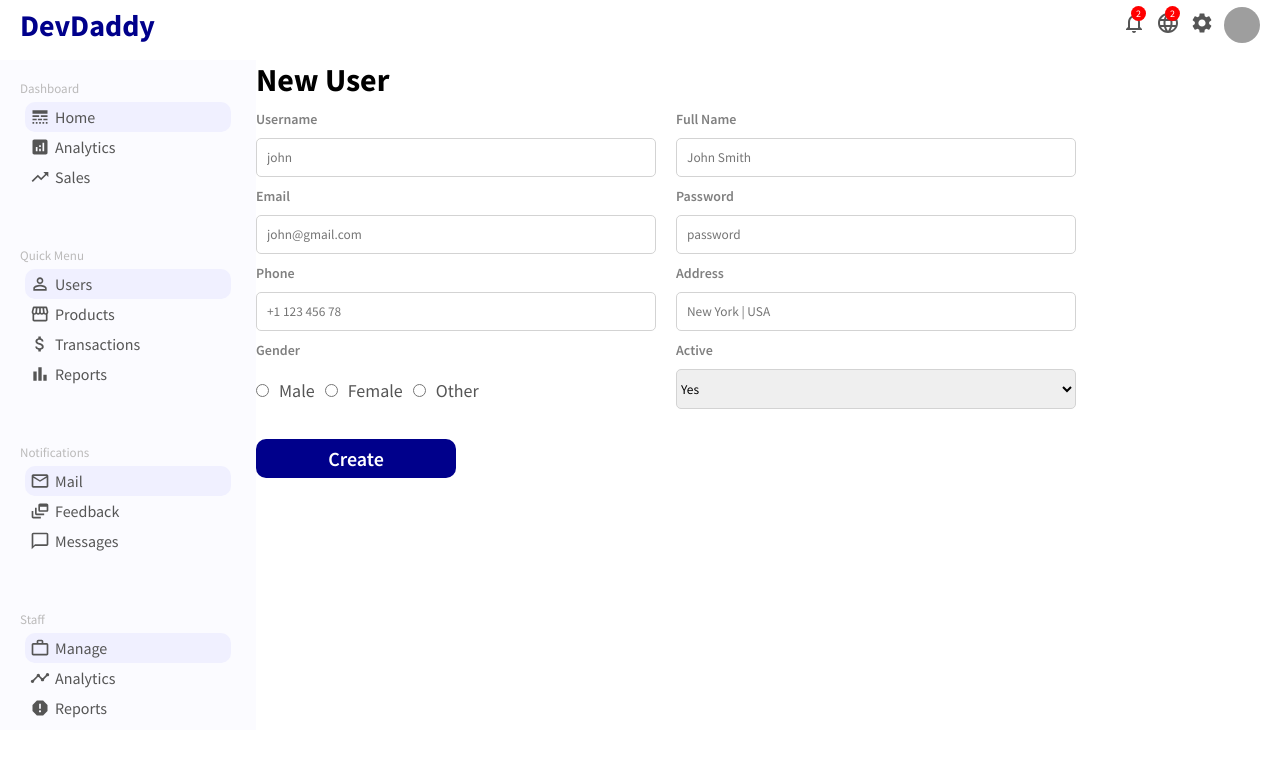
Repository: Marhamat92/react-admin-dashboard
Page: /newUser
These files come from the project's save history. The page is drawn as it stood at one moment and after the next save; the edit follows.
The browser window is 1280 px wide. The pictures show the whole page.
Pictures or frames that could not be fetched are drawn as grey boxes. The project was rebuilt for these pictures with package versions that can differ from the ones it lists, and the page was loaded fresh each time. Also part of the build but not shown: src/pages/home/home.scss, src/components/featuredInfo/featuredInfo.scss, src/components/featuredInfo/FeaturedInfo.js, src/components/chart/chart.scss, src/components/chart/Chart.js, src/data/userData.js, src/components/widgetSm/widgetSm.scss, src/components/widgetSm/WidgetSm.js and 8 more.

Above is the page before, as saved 2023-02-13 14:48:27.

### public/index.html
<!DOCTYPE html>
<html lang="en">

<head>
  <meta charset="utf-8" />
  <link rel="icon" href="%PUBLIC_URL%/favicon.ico" />
  <meta name="viewport" content="width=device-width, initial-scale=1" />
  <meta name="theme-color" content="#000000" />
  <meta name="description" content="Web site created using create-react-app" />
  <link rel="apple-touch-icon" href="%PUBLIC_URL%/logo192.png" />
  <link rel="preconnect" href="https://fonts.googleapis.com">
  <link rel="preconnect" href="https://fonts.gstatic.com" crossorigin>
  <link href="https://fonts.googleapis.com/css2?family=Source+Sans+Pro:wght@200;300;400;600;700;900&display=swap"
    rel="stylesheet">
  <!--
      manifest.json provides metadata used when your web app is installed on a
      user's mobile device or desktop. See https://developers.google.com/web/fundamentals/web-app-manifest/
    -->
  <link rel="manifest" href="%PUBLIC_URL%/manifest.json" />
  <!--
      Notice the use of %PUBLIC_URL% in the tags above.
      It will be replaced with the URL of the `public` folder during the build.
      Only files inside the `public` folder can be referenced from the HTML.

      Unlike "/favicon.ico" or "favicon.ico", "%PUBLIC_URL%/favicon.ico" will
      work correctly both with client-side routing and a non-root public URL.
      Learn how to configure a non-root public URL by running `npm run build`.
    -->
  <style>
    * {
      font-family: 'Source Sans Pro', sans-serif;
      margin: 0;

    }
  </style>
  <title>DevDaddy Admin Dashboard</title>
</head>

<body>
  <noscript>You need to enable JavaScript to run this app.</noscript>
  <div id="root"></div>
  <!--
      This HTML file is a template.
      If you open it directly in the browser, you will see an empty page.

      You can add webfonts, meta tags, or analytics to this file.
      The build step will place the bundled scripts into the <body> tag.

      To begin the development, run `npm start` or `yarn start`.
      To create a production bundle, use `npm run build` or `yarn build`.
    -->
</body>

</html>

### src/index.js
import React from 'react';
import ReactDOM from 'react-dom/client';
import App from './App';
import { BrowserRouter } from "react-router-dom";


const root = ReactDOM.createRoot(document.getElementById('root'));
root.render(
  <BrowserRouter>
    <App />
  </BrowserRouter>

);

### src/App.js
import Topbar from "./components/Topbar/Topbar";
import Sidebar from "./components/sidebar/Sidebar";
import "./app.scss";
import Home from "./pages/home/Home";
import UserList from "./pages/userList/UserList";
import User from "./pages/user/User";
import NewUser from "./pages/newUser/NewUser";
import {
  Routes,
  Route,
  Link,
} from "react-router-dom";



function App() {
  return (
    <>
      <Topbar />
      <div className="container">
        <Sidebar />
        <Routes>
          <Route path="/" element={<Home />} />
          <Route path="/users" element={<UserList />} />
          <Route path="/newUser" element={<NewUser />} />
          <Route path="/user/:userId" element={<User />} />
        </Routes>
      </div>
    </>

  );
}

export default App;

### src/components/Topbar/Topbar.jsx
import React from 'react'
import "./topbar.scss"
import { Language, NotificationsNone, Settings } from '@mui/icons-material'

function Topbar() {
  return (
    <div className="topbar" >
       <div className='topbarWrapper' >
          <div className='topLeft' >
            <span className='logo'>DevDaddy</span>
          </div>
          <div className='topRight' >
             <div className='topbarIconContainer' >
               <NotificationsNone/>
                <span className='topIconBadge'>2</span>
             </div>
             <div className='topbarIconContainer' >
               <Language/>
                <span className='topIconBadge'>2</span>
             </div>
             <div className='topbarIconContainer' >
               <Settings/>
             </div>
             <img className='topAvatar' src='https://i.pinimg.com/originals/99/ee/d8/99eed8642bbb66a71d0f1677d18a2587.jpg' alt="jack sheperd" />
          </div>
       </div>
    </div>
  )
}

export default Topbar

### src/components/sidebar/Sidebar.js
import React from 'react'
import './sidebar.scss'
import { Analytics, AttachMoney, ChatBubbleOutline, DynamicFeed, LineStyle, MailOutline, PermIdentity, Report, Storefront, Timeline, TrendingUp, WorkOutline, BarChart } from '@mui/icons-material'



function Sidebar() {
  return (
    <div className='sidebar'>
      <div className='sidebarWrapper'>
        <div className='sidebarMenu' >
          <div className='sidebarTitle'>
            Dashboard
          </div>
          <ul className='sidebarList'>
            <li className='sidebarListItem active'>
              <LineStyle className='sidebarIcon' />
              Home
            </li>
            <li className='sidebarListItem'>
              <Analytics className='sidebarIcon' />
              Analytics
            </li>
            <li className='sidebarListItem'>
              <TrendingUp className='sidebarIcon' />
              Sales
            </li>
          </ul>
        </div>
      </div>

      <div className='sidebarWrapper'>
        <div className='sidebarMenu' >
          <div className='sidebarTitle'>
            Quick Menu
          </div>
          <ul className='sidebarList'>
            <li className='sidebarListItem active'>
              <PermIdentity className='sidebarIcon' />
              Users
            </li>
            <li className='sidebarListItem'>
              <Storefront className='sidebarIcon' />
              Products
            </li>
            <li className='sidebarListItem'>
              <AttachMoney className='sidebarIcon' />
              Transactions
            </li>
            <li className='sidebarListItem'>
              <BarChart className='sidebarIcon' />
              Reports
            </li>
          </ul>
        </div>
      </div>

      <div className='sidebarWrapper'>
        <div className='sidebarMenu' >
          <div className='sidebarTitle'>
            Notifications
          </div>
          <ul className='sidebarList'>
            <li className='sidebarListItem active'>
              <MailOutline className="sidebarIcon" />
              Mail
            </li>
            <li className='sidebarListItem'>
              <DynamicFeed className="sidebarIcon" />
              Feedback
            </li>
            <li className='sidebarListItem'>
              <ChatBubbleOutline className="sidebarIcon" />
              Messages
            </li>
          </ul>
        </div>
      </div>

      <div className='sidebarWrapper'>
        <div className='sidebarMenu' >
          <div className='sidebarTitle'>
            Staff
          </div>
          <ul className='sidebarList'>
            <li className='sidebarListItem active'>
              <WorkOutline className="sidebarIcon" />
              Manage
            </li>
            <li className='sidebarListItem'>
              <Timeline className="sidebarIcon" />
              Analytics
            </li>
            <li className='sidebarListItem'>
              <Report className="sidebarIcon" />
              Reports
            </li>
          </ul>
        </div>
      </div>
    </div>
  )
}

export default Sidebar

### src/app.scss
.container {
  display:flex;
  margin-top: 10px;
}

### src/pages/newUser/NewUser.js
import React from 'react'
import './newUser.scss'

function NewUser() {
  return (
    <div className='newUser' >
      <h1 className='newUserTitle' >New User</h1>
      <form className='newUserForm' >
        <div className='newUserItem' >
          <label>Username</label>
          <input type='text' placeholder='john' />
        </div>
        <div className='newUserItem' >
          <label>Full Name</label>
          <input type='text' placeholder='John Smith' />
        </div>
        <div className='newUserItem' >
          <label>Email</label>
          <input type='email' placeholder='john@gmail.com' />
        </div>
        <div className='newUserItem' >
          <label>Password</label>
          <input type='password' placeholder='password' />
        </div>
        <div className='newUserItem' >
          <label>Phone</label>
          <input type='text' placeholder='+1 123 456 78' />
        </div>
        <div className='newUserItem' >
          <label>Address</label>
          <input type='text' placeholder='New York | USA' />
        </div>
        <div className='newUserItem' >
          <label>Gender</label>
          <div className='newUserGender' >
            <input type="radio" name="gender" id="male" value="male" />
            <label for="male">Male</label>
            <input type="radio" name="gender" id="female" value="female" />
            <label for="female">Female</label>
            <input type="radio" name="gender" id="other" value="other" />
            <label for="other">Other</label>
          </div>
        </div>
        <div className='newUserItem' >
          <label>Active</label>
          <select className='newUserSelect' name='active' id='active' >
            <option value='yes' >Yes</option>
            <option value='no' >No</option>
          </select>
        </div>
        <div className='newUserItem' >
          <button className='newUserButton' >Create</button>
        </div>
      </form>
    </div>
  )
}

export default NewUser

### src/components/Topbar/topbar.scss
.topbar{
  width:100%;
  height: 50px;
  background-color: white;
  position: sticky;
  top:0;
  z-index: 999;
}

.topbarWrapper{
  height: 100%;
  padding: 0px 20px;
  display: flex;
  align-items: center;
  justify-content: space-between;
}

.logo{
  font-weight:bold;
  font-size: 30px;
  color:darkblue;
  cursor: pointer;
}

.topRight{
  display:flex;
  align-items: center;
}

.topbarIconContainer{
  position:relative;
  cursor: pointer;
  margin-right:10px;
  color:#555;
}

.topIconBadge{
  width: 15px;
  height: 15px;
  display: flex;
  align-items: center;
  justify-content: center;
  position:absolute;
  top:-5px;
  right:0px;
  background-color: red;
  color:white;
  border-radius: 50%;
  font-size: 10px;
}

.topAvatar{
  width: 36px;
  height: 36px;
  border-radius: 50%;
  object-fit: cover;
  cursor: pointer;
}

### src/components/sidebar/sidebar.scss
.sidebar{
  flex:1;
  height:calc(100vh - 50px);
  background-color: rgb(251,251,255);
  position: sticky;
  top: 50px;
  align-self: flex-start;

}

.sidebarWrapper{
  padding: 20px;
  color:#555;
}

.sidebarMenu{
  margin-bottom:10px;
}

.sidebarTitle{
  font-size: 13px;
  color:rgb(187,186,186);
}

.sidebarList{
  list-style: none;
  padding:5px;
}

.sidebarListItem{
  padding:5px;
  cursor:pointer;
  display:flex;
  align-items:center;
  border-radius: 10px;
}

.sidebarListItem.active,
.sidebarListItem:hover{
  background-color: rgb(240,240,255);
}

.sidebarIcon{
  margin-right: 5px;
  font-size: 20px !important;
}

### src/pages/newUser/newUser.scss
.newUser{
  flex:4;
}

.newUserForm{
  display: flex;
  flex-wrap:wrap;
}

.newUserItem{
  width:400px;
  display: flex;
  flex-direction: column;
  margin-top: 10px;
  margin-right:20px;
}

.newUserItem>label{
  font-weight: 600;
  margin-bottom: 10px;
  font-size: 14px;
  color:gray;
}

.newUserItem>input{
  padding: 10px;
  border: 1px solid lightgray;
  border-radius: 5px;
}

.newUserGender>input{
  margin-top: 15px;

}

.newUserGender>label{
  margin: 10px;
  font-size: 18px;
  color: #555;
}

.newUserSelect{
  height: 40px;
  border-radius:5px;
  border: 1px solid lightgray;
}

.newUserButton{
  width: 200px;
  border: none;
  background-color: darkblue;
  color: white;
  font-weight: 600;
  padding: 7px 10px;
  border-radius: 10px;
  cursor: pointer;
  margin-top: 20px;
  font-size: 20px;

}

After the next save:
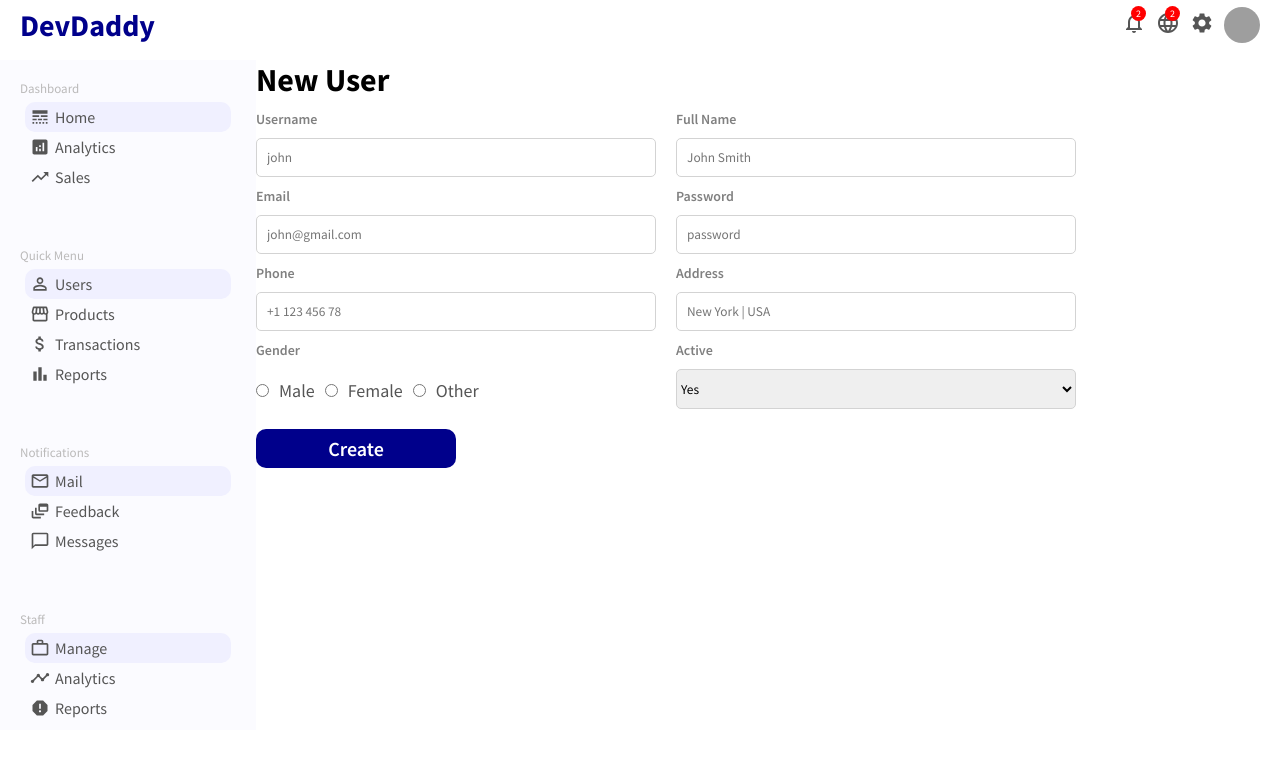
Saved 24 s later.
--- a/src/pages/newUser/NewUser.js
+++ b/src/pages/newUser/NewUser.js
@@ -48,7 +48,7 @@ function NewUser() {
             <option value='no' >No</option>
           </select>
         </div>
-        <div className='newUserItem' >
+        <div className='buttonItem' >
           <button className='newUserButton' >Create</button>
         </div>
       </form>
